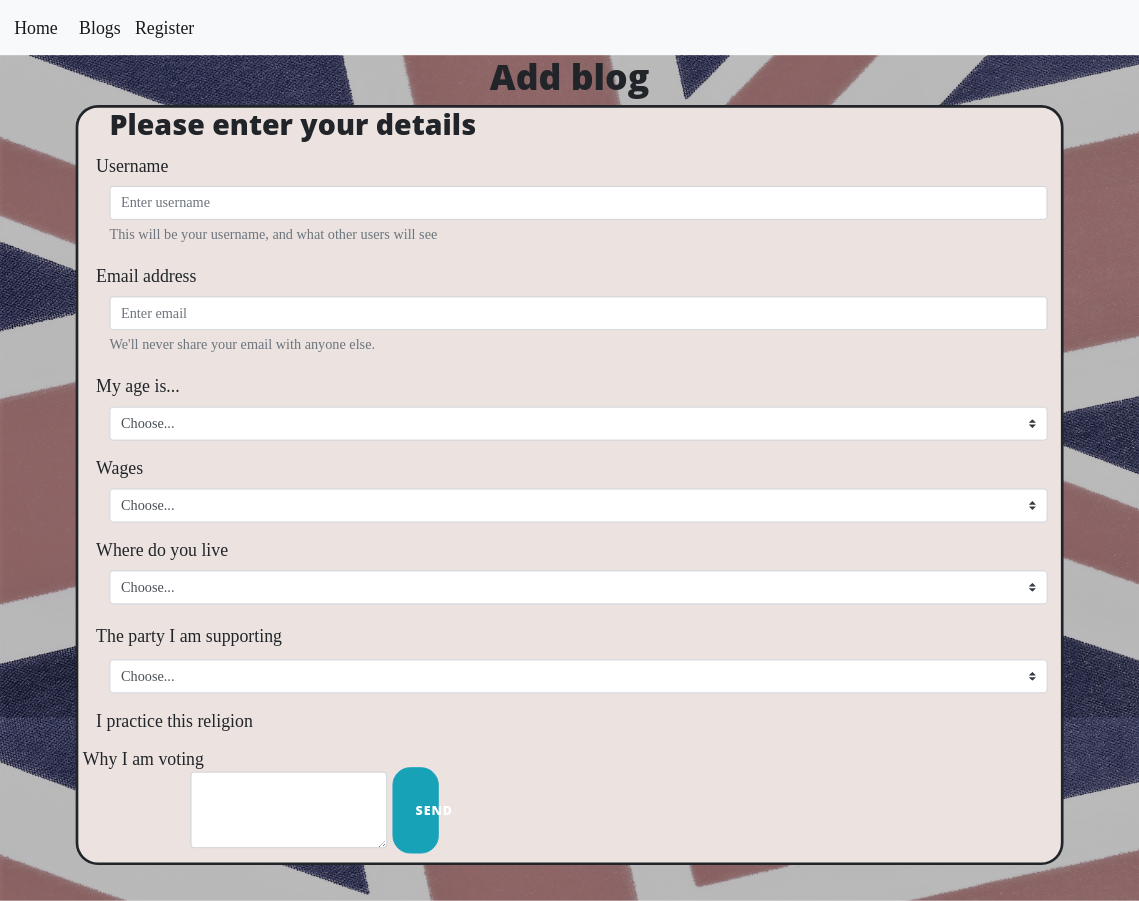
Repository: Rudancy/ms3
Page: http://localhost/add_blog
The author's editor kept a record of every edit. The page is drawn from the files as they stood at one moment, then again after the next edit.
The browser window is 1280 px wide. The pictures show the whole page, at 89% of full size.
Backgrounds fixed to the window are drawn as part of the page. Some web libraries are served in a nearby version. The page is served by the project's application, run on Flask 3 (app.py). Queries for data that is not in the repository find no rows.

Above is the page before.

After the next edit:
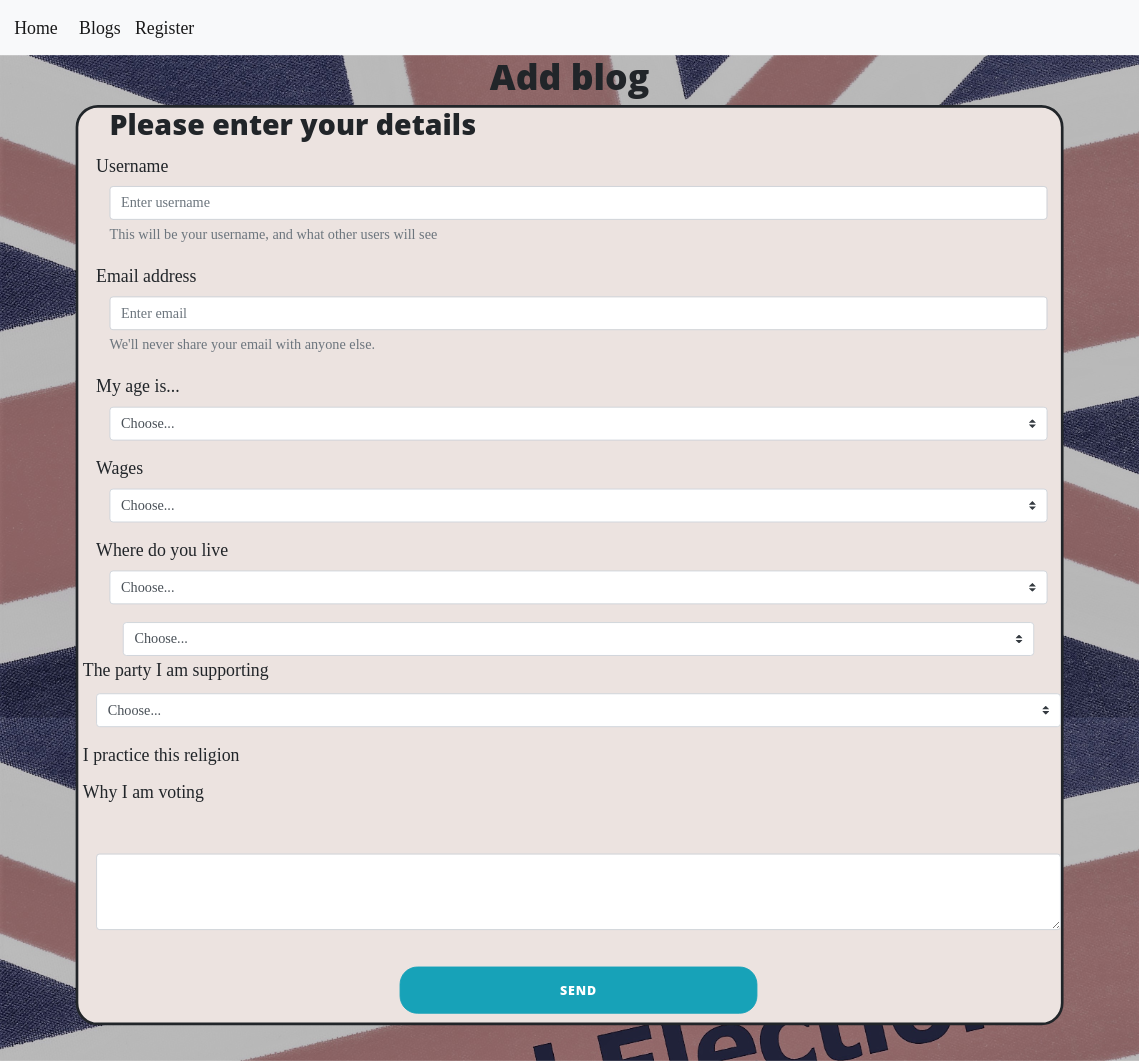
The edit:
--- a/templates/add_blog.html
+++ b/templates/add_blog.html
@@ -67,7 +67,7 @@
                 <div class="col-12">
                     <div class="input-group mb-3">
 
-                        <select name="user_wage"  class="custom-select" id="inputGroupSelect02">
+                        <select name="user_wage" class="custom-select" id="inputGroupSelect02">
                         <option selected>Choose...</option>
                         {% for wage in wages %}
                         <option value="{{wage.wage}}">£{{wage.wage}}</option>
@@ -95,47 +95,60 @@
                     </div>
                 </div>
             </div>
+            <div class="col-12">
+                <div class="input-group">
+
+
+                    <select name="user_religion" class="custom-select" id="inputGroupSelect04">
+                        <option selected>Choose...</option>
+                        {% for religion in religions %}
+                        <option value="{{religion.religion}}">{{religion.religion}}</option>
+                        {% endfor %}
+                    </select>
+                </div>
+            </div>
+    </div>
 
 
 
-            <div class="row mb-1">
-                <label for="exampleInputEmail1">The party I am supporting</label>
-            </div>
+    <div class="row mb-1">
+        <label for="exampleInputEmail1">The party I am supporting</label>
+    </div>
 
-            <div class="row">
-                <div class="col-12">
-                    <div class="input-group mb-3">
-                        <select name="user_party" class="custom-select" id="inputGroupSelect03">
+    <div class="row">
+        <div class="col-12">
+            <div class="input-group mb-3">
+                <select name="user_party" class="custom-select" id="inputGroupSelect03">
                         <option selected>Choose...</option>
                         {% for political in parties %}
                         <option value="{{political.political}}">{{political.political}}</option>
                         {%endfor%}
                     </select>
-                    </div>
-                </div>
             </div>
+        </div>
+    </div>
 
-            <div class="row mb-1">
-                <label for="exampleInputEmail1">I practice this religion</label>
+    <div class="row mb-1">
+        <label for="exampleInputEmail1">I practice this religion</label>
+    </div>
+
+
+    <div class="row mb-3">
+        <label for="exampleInputEmail1">Why I am voting</label>
+    </div>
+    <div class="row">
+        <div class="col-12">
+            <div class="form-group">
+                <label for="exampleFormControlTextarea1"></label>
+                <textarea name="user_comment" class="form-control" id="exampleFormControlTextarea1" rows="3"></textarea>
             </div>
-            <div class="row">
-
-            <div class="row mb-3">
-                <label for="exampleInputEmail1">Why I am voting</label>
-            </div>
-            <div class="row">
-                <div class="col-12">
-                    <div class="form-group">
-                        <label for="exampleFormControlTextarea1"></label>
-                        <textarea name="user_comment" class="form-control" id="exampleFormControlTextarea1" rows="3"></textarea>
-                    </div>
-                </div>
-            </div>
-            <div class="row justify-centre">
-                <button type="submit" class="btn btn-info btn-block">Send</button>
-            </div>
+        </div>
+    </div>
+    <div class="row justify-centre">
+        <button type="submit" class="btn btn-info btn-block">Send</button>
     </div>
 </div>
+
 
 
 
